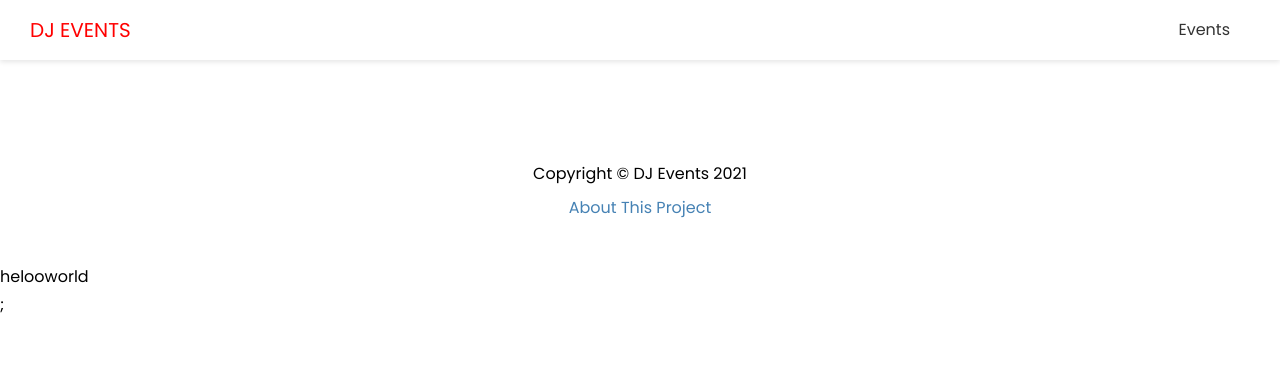
Repository: ShamroOoz/Concerts-Creator-Frontend-Nextjs
Page: /
The author's editor kept a copy of each file at every save. The page is drawn from the files as they stood at one save, then again after the next save.
The browser window is 1280 px wide. The pictures show the whole page.
The project was rebuilt for these pictures with package versions that can differ from the ones it lists, and the page was loaded fresh each time. The framework's server and built-in components were replaced by stand-ins that run in the browser. Also part of the build but not shown: next.config.js.

Above is the page before, as saved 2021-04-21 14:40:00.

### pages/_app.js
import "../styles/globals.css";
import Layout from "@/components/Layout";
function MyApp({ Component, pageProps }) {
  return (
    <>
      <Layout />
      <Component {...pageProps} />;
    </>
  );
}

export default MyApp;

### pages/index.js
export default function Home() {
  return <div>helooworld</div>;
}

### components/Layout.js
import Head from "next/head";
import Header from "./Header";
import Footer from "./Footer";
import styles from "../styles/Layout.module.css";

export default function Layout({ title, keywords, description, children }) {
  return (
    <div>
      <Head>
        <title>{title}</title>
        <meta name="description" content={description} />
        <meta name="keywords" content={keywords} />
      </Head>

      <Header />
      <div className={styles.container}>{children}</div>
      <Footer />
    </div>
  );
}

Layout.defaultProps = {
  title: "DJ Events | Find the hottest parties",
  description: "Find the latest DJ and other musical events",
  keywords: "music, dj, edm, events",
};

### components/Header.js
import Link from "next/link";
import styles from "../styles/Header.module.css";

export default function Header() {
  return (
    <header className={styles.header}>
      <div className={styles.logo}>
        <Link href="/">
          <a>DJ Events</a>
        </Link>
      </div>

      <nav>
        <ul>
          <li>
            <Link href="/events">
              <a>Events</a>
            </Link>
          </li>
        </ul>
      </nav>
    </header>
  );
}

### components/Footer.js
import Link from "next/link";
import styles from "@/styles/Footer.module.css";

export default function Footer() {
  return (
    <footer className={styles.footer}>
      <p>Copyright &copy; DJ Events 2021</p>
      <p>
        <Link href="/about">About This Project</Link>
      </p>
    </footer>
  );
}

### styles/Header.module.css
.header {
  display: flex;
  justify-content: space-between;
  align-items: center;
  background: #fff;
  color: #333;
  height: 60px;
  padding: 0 30px;
  box-shadow: 0 2px 5px rgba(0, 0, 0, 0.1);
}

.header a {
  color: #333;
  margin-right: 20px;
}

.header a:hover {
  color: #000;
}
.header ul {
  display: flex;
  align-items: center;
  justify-content: center;
  list-style: none;
}

.logo {
  color: red;
  font-size: 20px;
  text-transform: uppercase;
}

.logo a {
  color: red;
}

@media (max-width: 768px) {
  .header {
    flex-direction: column;
    height: auto;
  }

  .header ul {
    margin: 20px 0;
    flex-direction: column;
    text-align: center;
  }

  .header a {
    margin-right: 0;
  }

  .logo {
    margin: 20px 0;
  }
}

Loaded but not shown: styles/globals.css (common file); styles/Layout.module.css (common file); styles/Footer.module.css (common file)

After the next save:
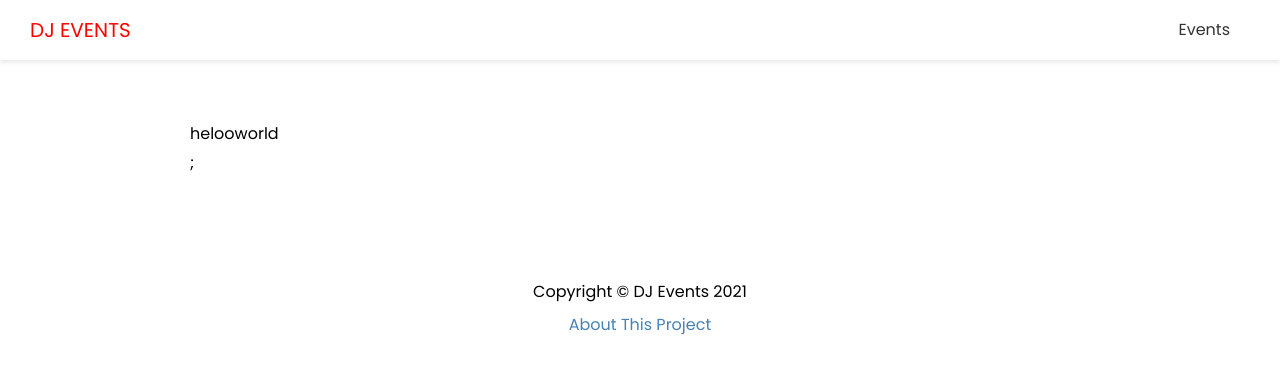
Saved 58 s later.
--- a/pages/_app.js
+++ b/pages/_app.js
@@ -3,8 +3,9 @@ import Layout from "@/components/Layout";
 function MyApp({ Component, pageProps }) {
   return (
     <>
-      <Layout />
-      <Component {...pageProps} />;
+      <Layout>
+        <Component {...pageProps} />;
+      </Layout>
     </>
   );
 }
